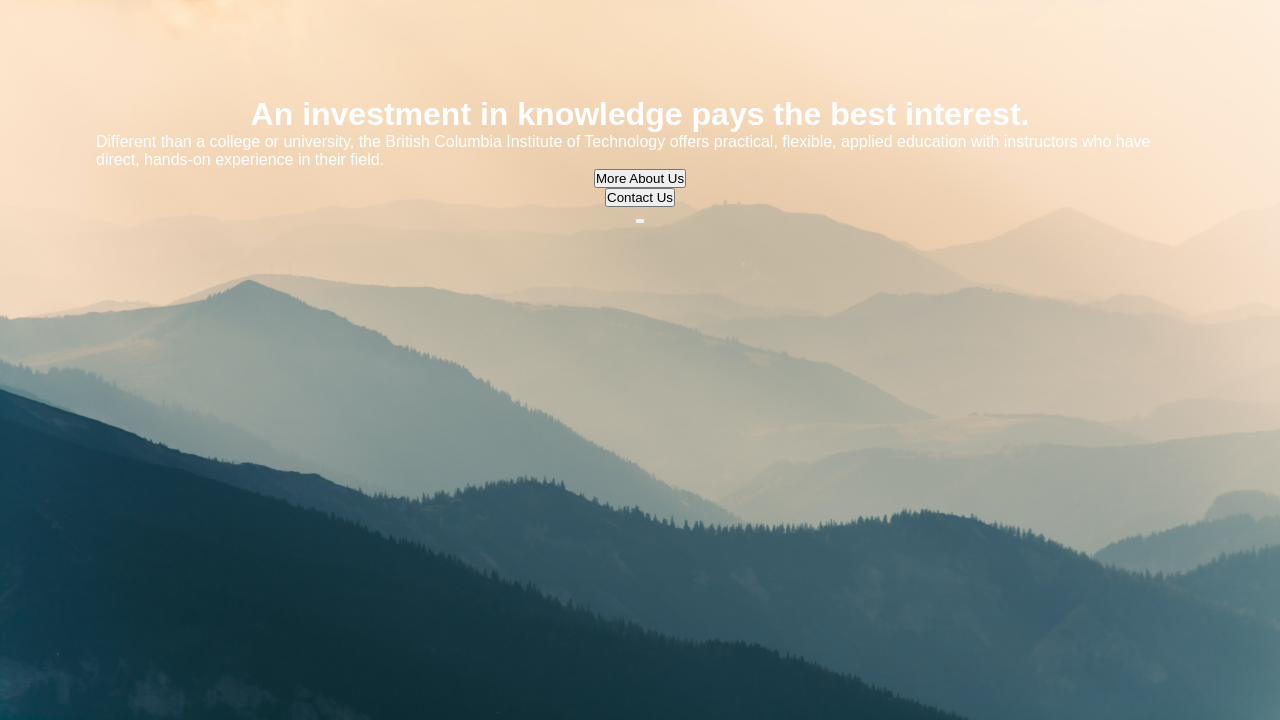
Repository: jennydmcm/assignment-1-playwright-site-A01338943
Page: /
An editor plug-in stored every save of this project. The page is shown before and after the next save, followed by the edit.
The browser window is 1280 px wide. The pictures show the whole page.
The project was rebuilt for these pictures with package versions that can differ from the ones it lists, and the page was loaded fresh each time. The framework's server and built-in components were replaced by stand-ins that run in the browser. Also part of the build but not shown: next.config.js.

Above is the page before, as saved 2023-02-08 09:13:05.

### pages/_app.js
import '../styles/globals.css'
import '../styles/variables.css'

function MyApp({ Component, pageProps }) {
  return <Component {...pageProps} />
}

export default MyApp

### pages/index.js
import Head from 'next/head'
import Image from 'next/image'
import { Inter } from '@next/font/google'
import styles from '@/styles/home.module.css'
import Link from 'next/link'
import { useRouter } from 'next/router'
import Bg from 'public/background-images/backgroundMountain.jpg'
import downArrow from 'public/icons/downwardArrow.png'
import upArrow from 'public/icons/upwardArrow.png'


const inter = Inter({ subsets: ['latin'] })

export default function Home() {
  const router = useRouter()
  return (
    <>
      <Head>
        <title>{'Home'}</title>
        <meta name="description" content="Generated by create next app" />
        <meta name="viewport" content="width=device-width, initial-scale=1" />
        <meta name="author" content={'MDIA 2109'} />
        <meta property='og:title' content={'Assignment #1 - Home Page'} />
        <meta property='og:description' content={'BCIT Digital Design and Development Diploma'} />
        <link rel="icon" href="/favicon.png" />
      </Head>
      <main className={styles.main}>
        <h1 className={styles.header}>{'An investment in knowledge pays the best interest.'}</h1>
        <p className={styles.subhead}>{'Different than a college or university, the British Columbia Institute of Technology offers practical, flexible, applied education with instructors who have direct, hands-on experience in their field.'}</p>
        <button className={styles.aboutbtn} type='button' onClick={() => router.push('/about')}>More About Us</button>
        <button className={styles.contactbtn}type='button' onClick={() => router.push('/contact')}>Contact Us</button>
        <Image src={Bg} fill
        style={{
          zIndex: -1
        }}
      />
        <a>

         </a>
         <a>
          <span>
           <button type='button' src={upArrow}></button>
          <button type='button' src={downArrow}></button>
          </span>
        </a>
      </main>
    </>
  )
}

### styles/variables.css
:root{
    --primary-color: #fff;
    --secondary-color: #f4d6b9;
    --ternary-color: #14343d;
    --quaternary-color: #14343d;
    --quinary-color: rgba(16,46,53,0.5);

}

### styles/Home.module.css
.main {
  display: flex;
  flex-direction: column;
  justify-content: space-between;
  align-items: center;
  padding: 6rem;
}
.header{
  color: var(--primary-color);
  font-family: Arial, Helvetica, sans-serif;

}
.subhead{
  color: var(--primary-color);
  font-family: Arial, Helvetica, sans-serif;
  font-weight: lighter;
}

Loaded but not shown: pages/_document.js (common file); styles/globals.css (common file)

After the next save:
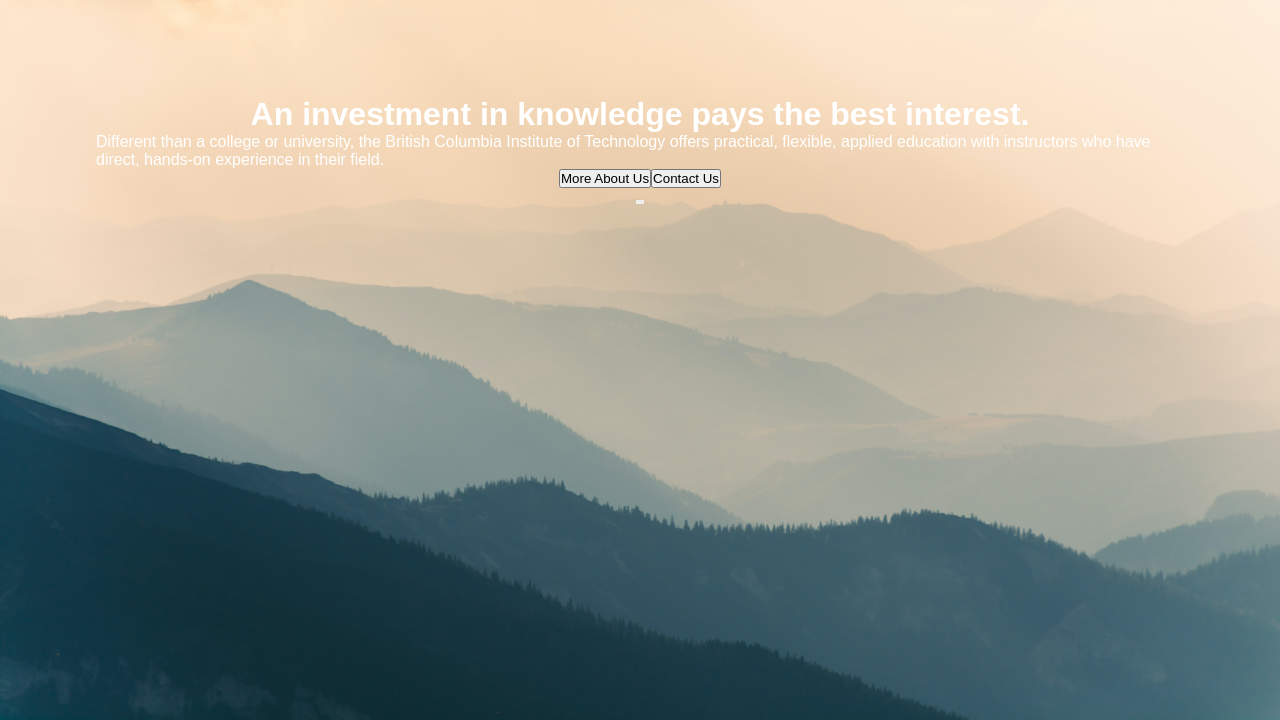
Saved 31 min 5 s later.
--- a/pages/index.js
+++ b/pages/index.js
@@ -27,16 +27,15 @@ export default function Home() {
       <main className={styles.main}>
         <h1 className={styles.header}>{'An investment in knowledge pays the best interest.'}</h1>
         <p className={styles.subhead}>{'Different than a college or university, the British Columbia Institute of Technology offers practical, flexible, applied education with instructors who have direct, hands-on experience in their field.'}</p>
-        <button className={styles.aboutbtn} type='button' onClick={() => router.push('/about')}>More About Us</button>
-        <button className={styles.contactbtn}type='button' onClick={() => router.push('/contact')}>Contact Us</button>
         <Image src={Bg} fill
         style={{
           zIndex: -1
         }}
       />
         <a>
-
-         </a>
+        <button className={styles.aboutbtn} type='button' onClick={() => router.push('/about')}>More About Us</button>
+        <button className={styles.contactbtn}type='button' onClick={() => router.push('/contact')}>Contact Us</button>
+        </a>
          <a>
           <span>
            <button type='button' src={upArrow}></button>
